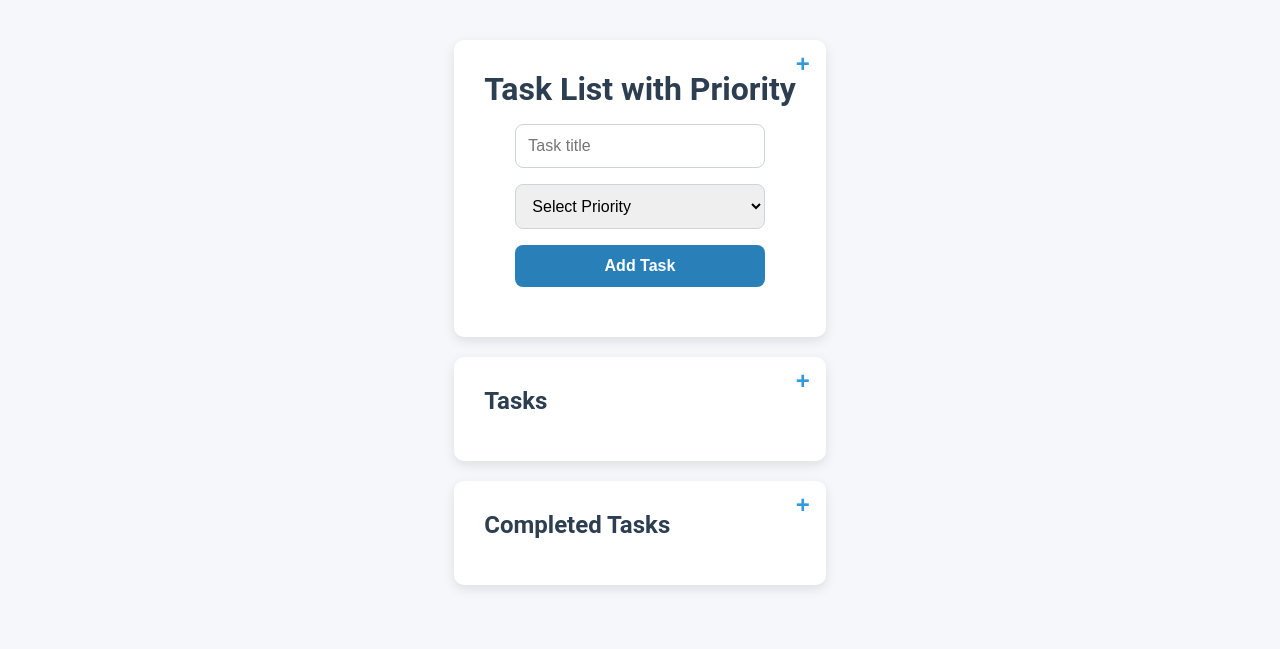
Repository: Lithium87/TaskList
Page: /
The author's editor kept a copy of each file at every save. The page is drawn from the files as they stood at one save, then again after the next save.
The browser window is 1280 px wide. The pictures show the whole page.
The project was rebuilt for these pictures with package versions that can differ from the ones it lists, and the page was loaded fresh each time. Also part of the build but not shown: vite.config.js.

Above is the page before, as saved 2025-07-08 16:15:16.

After the next save:
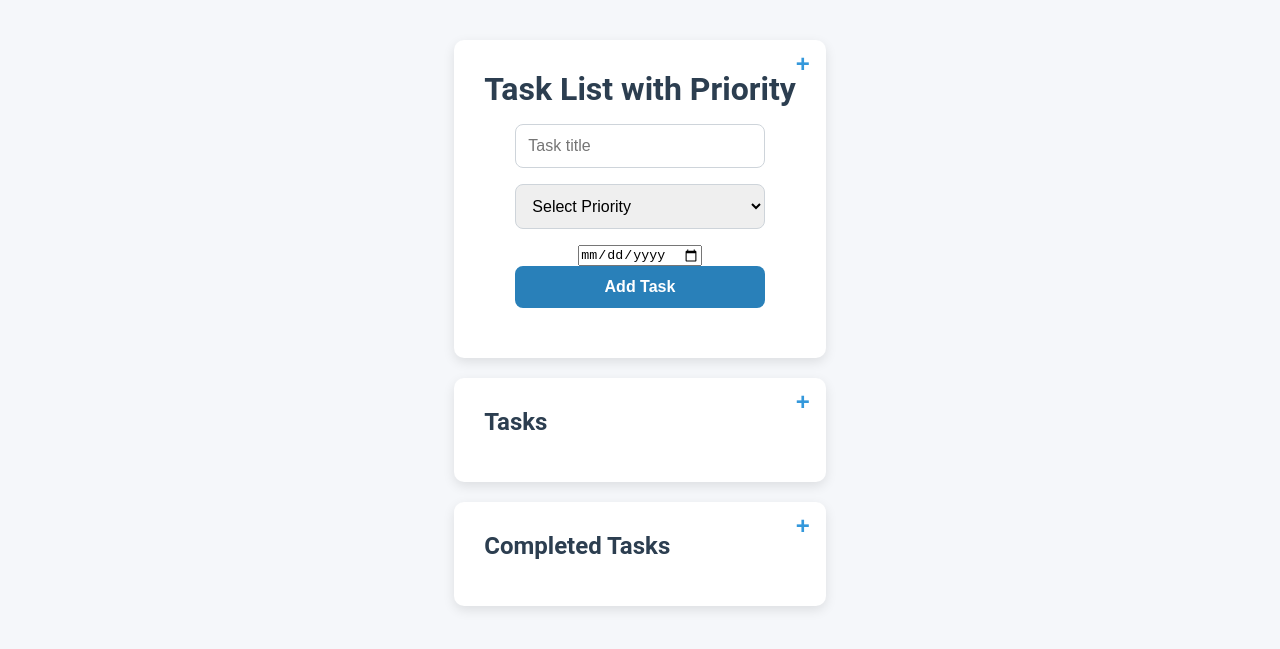
Saved 119 s later.
--- a/src/App.jsx
+++ b/src/App.jsx
@@ -30,6 +30,7 @@ const TaskForm = () => {
         <option value="medium">Medium Priority</option>
         <option value="high">High Priority</option>
       </select>
+      <input type="date" />
       <button type="submit">Add Task</button>
     </form>
   );
